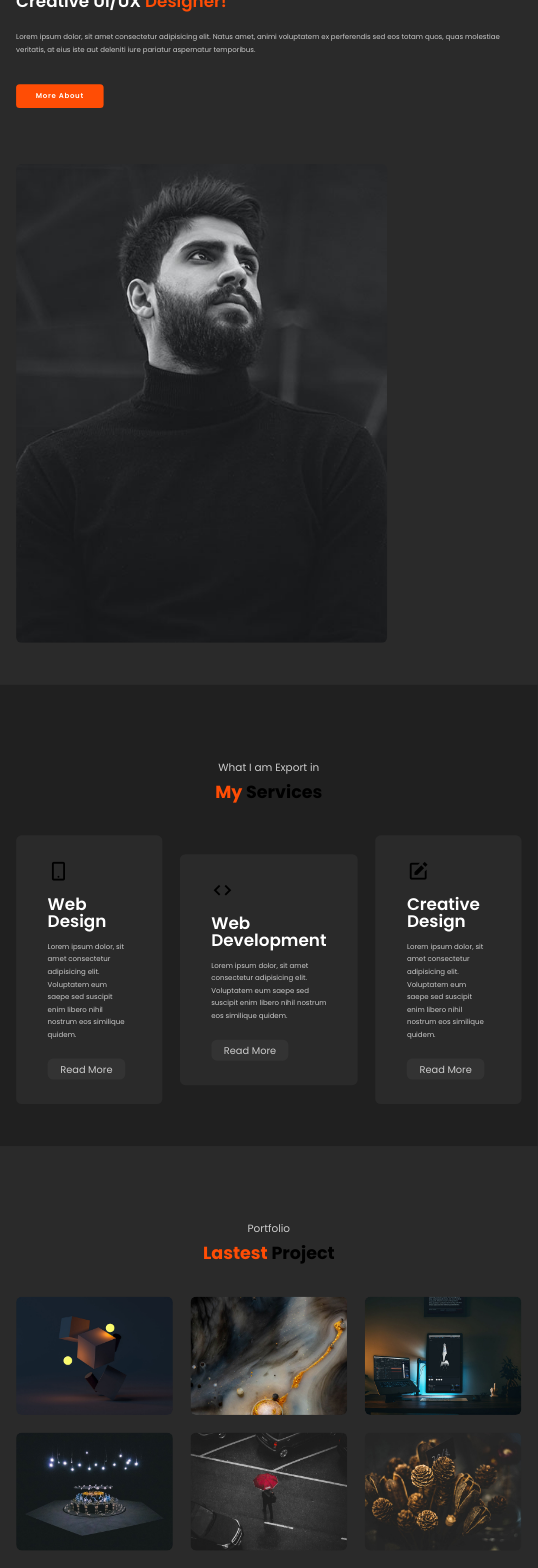
Repository: HungNg99/Protifolio2
Page: Portfolio/index.html
These files come from the project's save history. The page is drawn as it stood at one moment and after the next save; the edit follows.
The browser window is 768 px wide. The pictures show the part of the page from y = 856 to 3096 px (the page is 3850 px tall before and 4097 px after), at 70% of full size.

Above is the page before, as saved 2022-12-12 16:34:37.

### Portfolio/index.html
<!DOCTYPE html>
<html lang="en">

<head>
    <meta charset="UTF-8">
    <meta http-equiv="X-UA-Compatible" content="IE=edge">
    <meta name="viewport" content="width=device-width, initial-scale=1.0">
    <title>Portfolio</title>
    <link rel="stylesheet" href="./reset.css">
    <link rel="stylesheet" href="./style.css">
    <link rel="stylesheet" href="https://cdnjs.cloudflare.com/ajax/libs/font-awesome/6.2.1/css/all.min.css"
        integrity="sha512-MV7K8+y+gLIBoVD59lQIYicR65iaqukzvf/nwasF0nqhPay5w/9lJmVM2hMDcnK1OnMGCdVK+iQrJ7lzPJQd1w=="
        crossorigin="anonymous" referrerpolicy="no-referrer" />

        <link rel="stylesheet"
        href="https://unpkg.com/boxicons@latest/css/boxicons.min.css">

    <link
        href="https://fonts.googleapis.com/css2?family=Montserrat:wght@800&family=Poppins:ital,wght@0,300;0,400;0,600;0,700;1,600&family=Roboto:wght@300;500&display=swap"
        rel="stylesheet">
</head>

<body>
    <!-- header design-->
    <header>
        <a href="#" class="logo">Cod<span>e</span>r.</a>
        <ul class="nav-list">
            <li><a href="#home" class="nav-link active">
                    Home
                </a></li>
            <li><a href="#about" class="nav-link">
                    About Me
                </a></li>
            <li><a href="#services" class="nav-link">
                    Services
                </a></li>
            <li><a href="#portfolio" class="nav-link">
                    Portfolio
                </a></li>
            <li><a href="#contact" class="nav-link">
                    Contact Me
                </a></li>
        </ul>

        <div class="bx bx-menu" id="menu-icon">
        </div>
    </header>

    <!-- home section design -->
    <section class="home" id="home">
       <div class="home-text">
        <div class="slide">
            <span class="one">Hello</span>
            <span class="two">I'm</span>
        </div>
        <h1>Hung</h1>
        <h3>UI/UX <span>Designer.</span> </h3>
        <p>Lorem ipsum dolor sit amet consectetur adipisicing elit. Quidem fuga tempora reprehenderit ad distinctio commodi ullam suscipit delectus similique nemo.</p>
        <div class="button">
            <a href="#" class="btn">Say Hello</a>
            <a href="#" class="btn2"><span><i class='bx bx-play'></i>Watch My Work</span></a>
        </div>
       </div>
    </section>

    <!-- about section design -->
    <section class="about" id="about">
        <div class="about-img">
            <img src="./img/about.jpg" alt="">
        </div>
        <div class="about-text">
            <h2>About <span>Me</span></h2>
            <h4>Creative UI/UX <span>Designer!</span></h4>
            <p>Lorem ipsum dolor, sit amet consectetur adipisicing elit. Natus amet, animi voluptatem ex perferendis sed eos totam quos, quas molestiae veritatis, at eius iste aut deleniti iure pariatur aspernatur temporibus.</p>
            <a href="#" class="btn">More About</a>
        </div>
    </section>

    <!-- about section design -->
    <section class="services" id="services">
        <div class="main-text">
            <p>What I am Export in</p>
            <h2><span>My</span> Services</h2>
        </div>

        <div class="services-content">
            <div class="box">
                <div class="s-icons">
                    <i class='bx bx-mobile-alt'></i>
                </div>
                <h3>Web Design</h3>
                <p>Lorem ipsum dolor, sit amet consectetur adipisicing elit. Voluptatem eum saepe sed suscipit enim libero nihil nostrum eos similique quidem.</p>
                <a href="#" class="read">Read More</a>
            </div>
            <div class="box">
                <div class="s-icons">
                    <i class='bx bx-code'></i>
                </div>
                <h3>Web Development</h3>
                <p>Lorem ipsum dolor, sit amet consectetur adipisicing elit. Voluptatem eum saepe sed suscipit enim libero nihil nostrum eos similique quidem.</p>
                <a href="#" class="read">Read More</a>
            </div>
            <div class="box">
                <div class="s-icons">
                    <i class='bx bxs-edit'></i>
                </div>
                <h3>Creative Design</h3>
                <p>Lorem ipsum dolor, sit amet consectetur adipisicing elit. Voluptatem eum saepe sed suscipit enim libero nihil nostrum eos similique quidem.</p>
                <a href="#" class="read">Read More</a>
            </div>
        </div>
    </section>

    <!-- portfolio section design -->
    <section class="portfolio" id="portfolio">
        <div class="main-text">
            <p>Portfolio</p>
            <h2><span>Lastest</span> Project</h2>
        </div>
        <div class="portfolio-content">
            <div class="row">
                <img src="./img/portfolio1.jpg" alt="">
                <div class="layer">
                    <h5>Visual Design</h5>
                    <p>Lorem ipsum, dolor sit amet consectetur adipisicing elit. Dolore mollitia fugit impedit iure. Tempore, adipisci!</p>
                    <a href="#"><i class='bx bx-link'></i></a>
                </div>
            </div>
            <div class="row">
                <img src="./img/portfolio2.jpg" alt="">
                <div class="layer">
                    <h5>Visual Design</h5>
                    <p>Lorem ipsum, dolor sit amet consectetur adipisicing elit. Dolore mollitia fugit impedit iure. Tempore, adipisci!</p>
                    <a href="#"><i class='bx bx-link'></i></a>
                </div>
            </div>
            <div class="row">
                <img src="./img/portfolio3.jpg" alt="">
                <div class="layer">
                    <h5>Visual Design</h5>
                    <p>Lorem ipsum, dolor sit amet consectetur adipisicing elit. Dolore mollitia fugit impedit iure. Tempore, adipisci!</p>
                    <a href="#"><i class='bx bx-link'></i></a>
                </div>
            </div>
            <div class="row">
                <img src="./img/portfolio4.jpg" alt="">
                <div class="layer">
                    <h5>Visual Design</h5>
                    <p>Lorem ipsum, dolor sit amet consectetur adipisicing elit. Dolore mollitia fugit impedit iure. Tempore, adipisci!</p>
                    <a href="#"><i class='bx bx-link'></i></a>
                </div>
            </div>
            <div class="row">
                <img src="./img/portfolio5.jpg" alt="">
                <div class="layer">
                    <h5>Visual Design</h5>
                    <p>Lorem ipsum, dolor sit amet consectetur adipisicing elit. Dolore mollitia fugit impedit iure. Tempore, adipisci!</p>
                    <a href="#"><i class='bx bx-link'></i></a>
                </div>
            </div>
            <div class="row">
                <img src="./img/portfolio6.jpg" alt="">
                <div class="layer">
                    <h5>Visual Design</h5>
                    <p>Lorem ipsum, dolor sit amet consectetur adipisicing elit. Dolore mollitia fugit impedit iure. Tempore, adipisci!</p>
                    <a href="#"><i class='bx bx-link'></i></a>
                </div>
            </div>
        </div>
    </section>

    <!-- contact section design -->
    <section class="contact" id="contact">
        <div class="contact-text">
            <h2>Contact <span>Me !</span> </h2>
            <h4>If You Have Any Project In Your Mind</h4>
            <p>I'm a UI/UX Designer - Creatiing bold & brave interfeace design for companies all across the world.</p>
            <div class="list">
                <li><a href="#">0963751057</a></li>
                <li><a href="#">ngvanhung10121999@gmail.com</a></li>
                <li><a href="#">Like Share & Subscribe</a></li>
            </div>

            <div class="contact-icons">
                <a href="#"><i class="fa-brands fa-facebook"></i></a>
                <a href="#"><i class="fa-brands fa-twitter"></i></a>
                <a href="#"><i class="fa-brands fa-instagram"></i></a>
                <a href="#"><i class="fa-brands fa-youtube"></i></a>
            </div>
        </div>

            <div class="contact-form">
                <form action="">
                    <input type="name" placeholder="Your Name" required>
                    <input type="email" placeholder="Your Email Address" required>
                    <input type="" placeholder="Your Mobile Name" required>
                    <textarea name="" id="" cols="35" rows="10" placeholder="How Can I Help You ?" required></textarea>
                    <input type="submit" class="submit" value="Send Message" required>
                </form>
            </div>
    </section>

    <!-- end section design -->
    <section class="end">
        <div class="last-text">
            <p>Coppyright @ 2022 by Hung Nguyen All Rights Reserved.</p>
        </div>

        <div class="top">
            <a href="#home"><i class="fa-solid fa-arrow-up"></i></a>
        </div>
    </section>
    <script src="./scripts.js"></script>
</body>

</html>

### Portfolio/reset.css
html {
    box-sizing: border-box;
  }
  * {
    margin: 0;
    padding: 0;
  }
  *,
  *:before,
  *:after {
    box-sizing: border-box;
  }
  input,
  textarea,
  select,
  button {
    outline: none;
  }
  input {
    line-height: normal;
  }
  label,
  button {
    cursor: pointer;
  }
  a {
    text-decoration: none;
  }
  img {
    display: block;
    max-width: 100%;
  }
  *,
  *:before,
  *:after {
    box-sizing: border-box;
  }
  /* using rem unit */
  html {
    font-size: 62.5%;
  }
  a {
    text-decoration: none;
  }
  img {
    display: block;
    max-width: 100%;
  }
  body {
    font-family: "Poppins", sans-serif;
    font-size: 16px;
    line-height: 1;
    list-style: none;
    scroll-behavior: smooth;
    /* height: 200vh; */
  }

### Portfolio/style.css
body{
    background-color: var(--bg-color);
}
:root {
    --bg-color: #2a2a2a;
    --second-bg-color: #202020;
    --text-color: #fff;
    --second-color: #ccc;
    --main-color: #ff4d05;
    --big-font: 5rem;
    --h2-font: 3rem;
    --p-font: 1.1rem;
}

header {
    position: fixed;
    width: 100%;
    top: 0;
    right: 0;
    z-index: 1000;
    background: transparent;
    padding: 22px 15%;
    border-bottom: 1px solid transparent;
    transition: all 0.45s ease;
    display: flex;
    justify-content: space-between;
    align-items: center;
}

.logo {
    color: var(--text-color);
    font-size: 35px;
    font-weight: 700;
    letter-spacing: 1px;
}

span {
    color: var(--main-color);
}

.nav-list {
    display: flex;
    list-style: none;
}

.nav-list .nav-link {
    color: var(--second-color);
    margin: 0 15px;
    font-size: 17px;
    font-weight: 500;
    transition: all 0.45s ease;
}

.nav-list .nav-link:hover {
    color: var(--main-color);
}

.nav-list .nav-link.active {
    color: var(--main-color);
}

#menu-icon {
    color: var(--text-color);
    font-size: 35px;
    z-index: 10001;
    cursor: pointer;
    margin-left: 25px;
    display: none;

}

section {
    padding: 120px 15% 120px;
}

.home {
    position: relative;
    background-image: url(./img/background.jpg);
    background-repeat: no-repeat;
    background-position: center;
    background-size: cover;
    height: 80vh;
    width: 100%;
    display: flex;
    align-items: center;
    justify-content: flex-start;
}

.slide {
    margin-bottom: 30px;
}

.one {
    display: inline-block;
    margin-right: 15px;
    height: 32px;
    padding: 0 15px;
    line-height: 32px;
    font-size: 20px;
    font-weight: 500;
    border-radius: 5px;
    background-color: var(--main-color);
    color: var(--text-color);
}

.two {
    display: inline-block;
    color: var(--second-color);
    font-size: 20px;
    font-weight: 500;
}
.home-text h1 {
    font-size: var(--big-font);
    font-weight: 700;
    color: var(--text-color);
    line-height:1.1;
    margin: 0 0 8px;
}
.home-text h3{
    color: var(--text-color);
    margin: 0 0 35px;
    font-size: 3rem;
    font-weight: 700;
    line-height:1.1;
}
.home-text p{
    color: var(--text-color);
    font-size: var(--p-font);
    line-height:1.8;
    margin-bottom: 40px;
}
.button{
    display:flex;
    align-items: center;
    justify-content: flex-start;
}
.btn{
    display: inline-block;
    padding: 12px 28px;
    background: var(--main-color);
    border-radius: 5px;
    color: var(--text-color);
    font-size:1rem;
    letter-spacing: 1px;
    font-weight: 600;
    transition: all 0.45s ease;
}
.btn:hover{
    transform: scale(1.1);
}
.btn2{
    display: inline-flex;
    align-items: center;
    justify-content: center;
    font-size: 15px;
    font-weight:600;
    color: var(--text-color);
    margin-left: 35px;
}
.btn2 span{
    display: inline-flex;
    align-items: center;
    justify-content: center;
}
.btn2 span i{
    margin-right: 12px;
    height: 50px;
    width: 50px;
    border-radius: 50%;
    display: flex;
    align-items: center;
    justify-content: center;
    transition: all 0.45s ease;
    background-color: var(--main-color);
    color: var(--text-color);
}
.btn2 span i:hover{
    transform: scale(1.1);
}
header.sticky{
    background-color: var(--bg-color);
    border-bottom: 1px solid #ffffff1a;
    padding: 12px 15%;
}

.about{
    display: grid;
    grid-template-columns: repeat(2,1fr);
    align-items: center;
    gap: 8rem;
}


.about-img img{
  max-width: 530px;
  height: auto;
  width: 100%;
  border-radius: 8px;
}
.about-text span {
    color: var(--main-color);
}
.about-text h2{
  font-size: var(--h2-font);
  line-height:1;
  color: var(--text-color);
}
.about-text h4{
   font-size: 24px;
   font-weight:600;
   color: var(--text-color);
   line-height:1;
   margin: 15px 0px 30px;
}
.about-text p {
   color: var(--second-color);
   font-size: var(--p-font);
   line-height:1.8;
   margin-bottom: 4rem;
}
.services{

    background-color: var(--second-bg-color);
}
.main-text{
    text-align: center;
}
.main-text p{
    color: var(--second-color);
    font-size: 15px;
    margin-bottom: 15px;
}
.main-text h2{
    font-size:var(--h2-font);
    line-height:1;
}
.services-content{
    display: grid;
    grid-template-columns: repeat(3,1fr);
    align-items: center;
    gap: 2.5rem;
    margin-top: 5rem;
}
.box{
    background-color: var(--bg-color);
    border-radius:8px;
    padding: 35px 45px;
    transition: all 0.45s ease;
}
.s-icons i{
    font-size:32px;
    margin-bottom: 20px;
}
.box h3{
    font-size:24px;
    font-weight:600;
    color: var(--text-color);
    margin-bottom: 15px;
}
.box p{
    font-size:1rem;
    line-height:1.8;
    color: var(--second-color);
    margin-bottom: 25px;
}
.read{
    display: inline-block;
    padding: 8px 18px;
    background: #333333;
    color: var(--second-color);
    font-size:14px;
    font-weight:500;
    border-radius:8px;
    transition: all 0.45s ease;
}
.read:hover{
    letter-spacing: 1px;
    background-color: #ffffff99;
    color: var(--text-color);
}
.box:hover{
    transform: translateY(-8px);
    cursor: pointer;
}
.portfolio-content{
    display: grid;
    grid-template-columns: repeat(3,1fr);
    gap: 2.5rem;
    margin-top: 5rem;
    align-items: center;
}
.row{
    position: relative;
    overflow: hidden;
    border-radius: 8px;
    cursor: pointer;
}
.row img{
    width: 100%;
    border-radius: 8px;
    display: block;
    transition: transform 0.45s;
}
.layer{
    width: 100%;
    /* heigh = 0 khi chưa hover */
    height: 0;
    background: linear-gradient(rgba(0,0,0,0.1),#ff004f);
    position: absolute;
    border-radius: 8px;
    left: 0;
    bottom: 0;
    overflow: hidden;
    display: flex;
    flex-direction: column;
    align-items: center;
    justify-content:center;
    text-align: center;
    padding: 0px 40px;
    transition: height 0.45s;
}
.layer h5{
    font-size: 20px;
    font-weight:600;
    margin-bottom: 15px;
    color: var(--text-color);
}
.layer p{
    color: var(--second-color);
    font-size:1rem;
    line-height:1.8;
}
.layer i{
    color: var(--main-color);
    margin-top: 20px;
    background-color: var(--text-color);
    display:flex;
    justify-content: center;
    align-items: center;
    width: 60px;
    height: 60px;
    border-radius: 50%;
}
.row:hover img{
    transform: scale(1.1);
}
.row:hover .layer{
    height: 100%;
}
.contact{
    display: grid;
    grid-template-columns: repeat(2,1fr);
    align-items: center;
    gap:2.5rem;
    background-color: var(--second-bg-color);
}
.contact-text h4{
    color: var(--text-color);
    margin: 18px 0;
    font-size: 20px;
    font-weight: 600;
}
.contact-text h2{
    font-size: var(--h2-font);
    line-height:1;
    color: var(--second-color);
}
.contact-text p{
    color: var(--second-color);
    font-size: var(--p-font);
    line-height:1.8;
    margin-bottom: 30px;
}
.list{
    margin-bottom: 2.8rem;
}
.list li{
    margin-bottom: 12px;
}
.list li a{
    display: block;
    color: var(--second-color);
    font-size: 14px;
    transition: all 0.45s ease;
}
.list li a:hover{
    color: var(--text-color);
    transform: translateX(5px);
}
.contact-icons i{
    height: 45px;
    width: 45px;
    background-color: var(--main-color);
    color: var(--text-color);
    display: inline-flex;
    justify-content: center;
    align-items: center;
    border-radius: 8px;
    margin-right: 15px;
    transition: all 0.45s ease;
}
.contact-icons i:hover{
    background-color: var(--text-color);
    color: var(--main-color);
}
.contact-form form{
   position: relative;
}
.contact-form form input,
form textarea{
    width: 100%;
    padding: 14px;
    background: var(--bg-color);
    color: var(--text-color);
    border: none;
    outline: none;
    font-size: 15px;
    border-radius: 8px;
    margin-bottom: 10px;
}
.contact-form form textarea{
    resize: none;
    height: 240px;
}
.contact-form .submit{
    display: inline-block;
    font-size: 16px;
    width: 160px;
    color: var(--text-color);
    background-color: var(--main-color);
    transition: all 0.45s ease;
}
.contact-form .submit:hover{
    transform: scale(1.1);
    cursor: pointer;
}
.end{
    padding: 20px 15%;
    display: flex;
    align-items: center;
    justify-content:space-between;
    flex-wrap: wrap;
    gap: 2rem;
    background-color:var(--bg-color);
}
.last-text p{
    color: var(--second-color);
    font-size: 14px;
}
.top i{
    padding: 10px 14px;
    border-radius:8px;
    background-color: var(--main-color);
    color: var(--text-color);
    font-size:15px;
}

@media (max-width: 1480px) {
    header {
        padding: 12px 2.5%;
    }
    header.sticky{
        padding: 10px 2.5%;
        transition: .1s;
    }
    section{
        padding: 110px 3% 60px;
    }
    .end{
        padding: 15px 3%x;
    }
}
@media (max-width:1100px ){
    :root {
        --big-font: 4rem;
        --h2-font: 2.5rem;
        --p-font: 1rem;
        transition: .1s;
    }
    .home-text h3{
        font-size: 2.5rem;
    }
    .home{
        height: 87vh;
    }
}
@media (max-width:920px ){
    .about{
        grid-template-columns: 1fr;
    }
    .about-img{
        text-align: center;
        order: 2;
    }
}

Loaded but not shown: Portfolio/scripts.js (no copy from this time; the picture is the same without it)

After the next save:
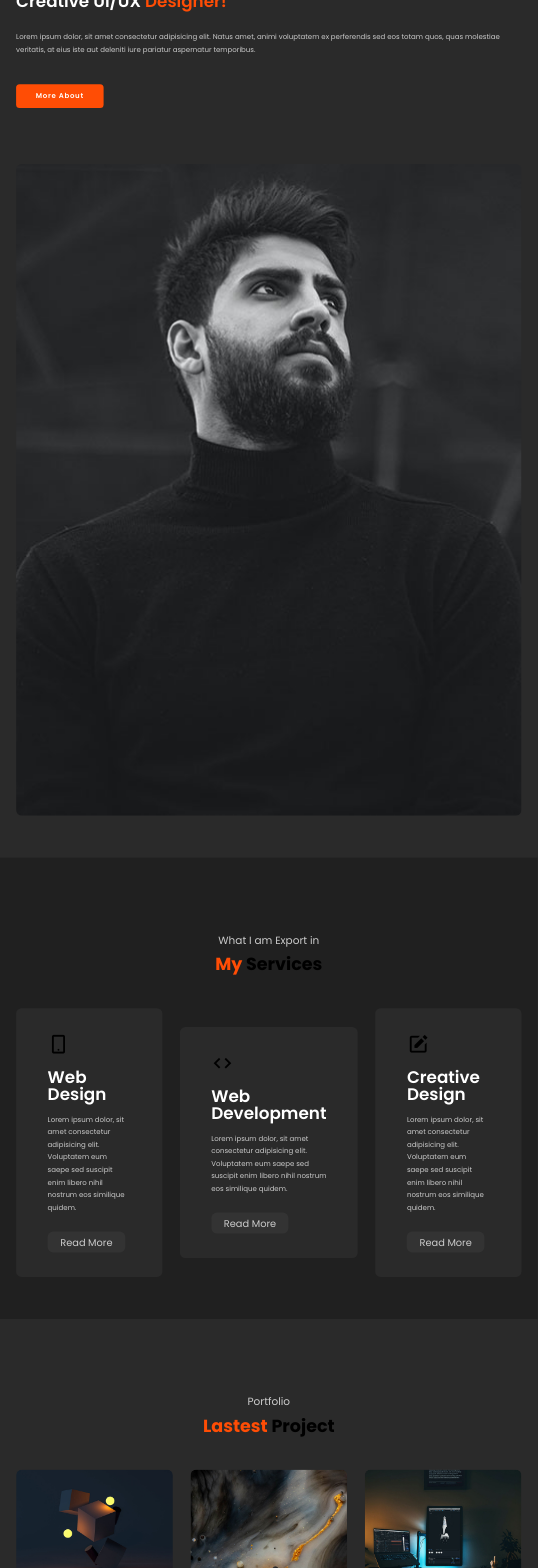
Saved 3 min 12 s later.
--- a/Portfolio/style.css
+++ b/Portfolio/style.css
@@ -492,4 +492,9 @@ form textarea{
         text-align: center;
         order: 2;
     }
-}
+    .about-img img{
+        width: 100%;
+        height: auto;
+        max-width:100%
+    }
+}
